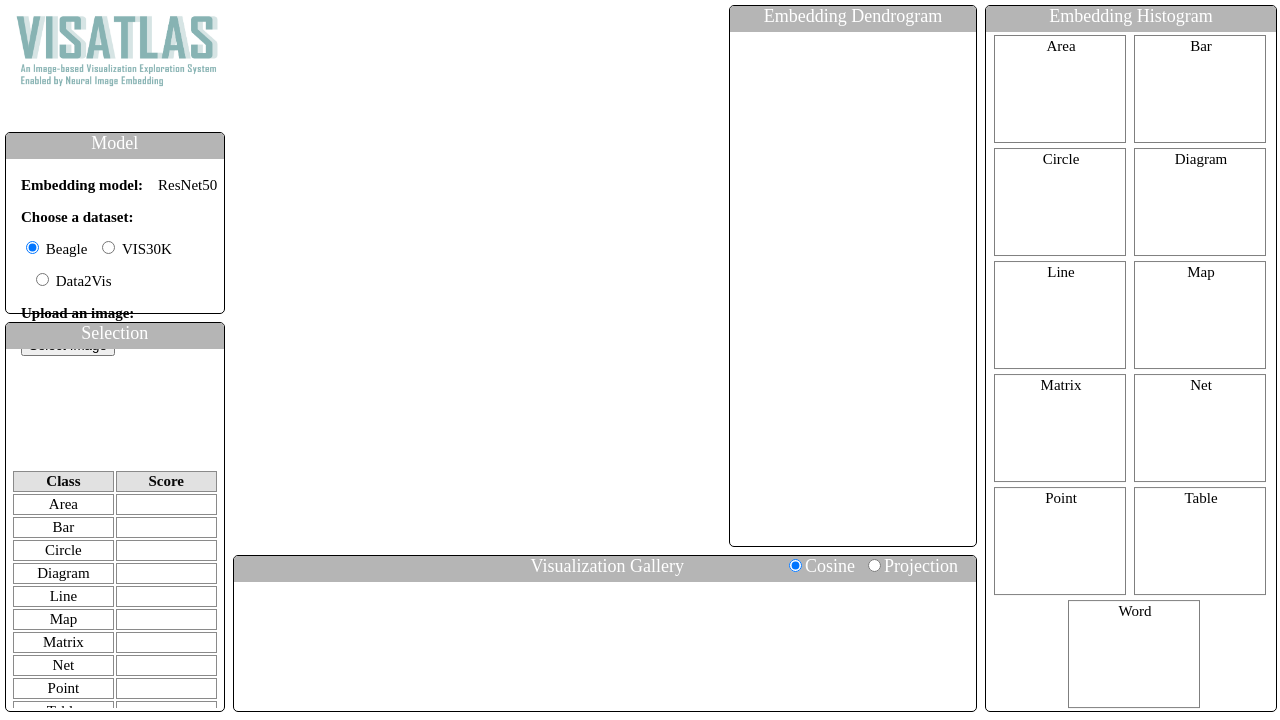
Repository: yilinye/AI_and_human_paintings
Page: / (app in VIS4AI_art/Frontend/)
An editor plug-in stored every save of this project. The page is shown before and after the next save, followed by the edit.
The browser window is 1280 px wide. The pictures show the whole page.
The page's requests for data from a server got no answer. The project was rebuilt for these pictures with package versions that can differ from the ones it lists, and the page was loaded fresh each time. No one was signed in, and anything a server would have sent is missing. Also part of the build but not shown: VIS4AI_art/Frontend/vite.config.js, VIS4AI_art/Frontend/vue.config.js, VIS4AI_art/Frontend/src/components/WelcomeItem.vue, VIS4AI_art/Frontend/src/components/icons/IconDocumentation.vue, VIS4AI_art/Frontend/src/components/icons/IconTooling.vue, VIS4AI_art/Frontend/src/components/icons/IconEcosystem.vue, VIS4AI_art/Frontend/src/components/icons/IconCommunity.vue, VIS4AI_art/Frontend/src/components/icons/IconSupport.vue and 2 more.

Above is the page before, as saved 2022-04-30 22:53:09.

After the next save:
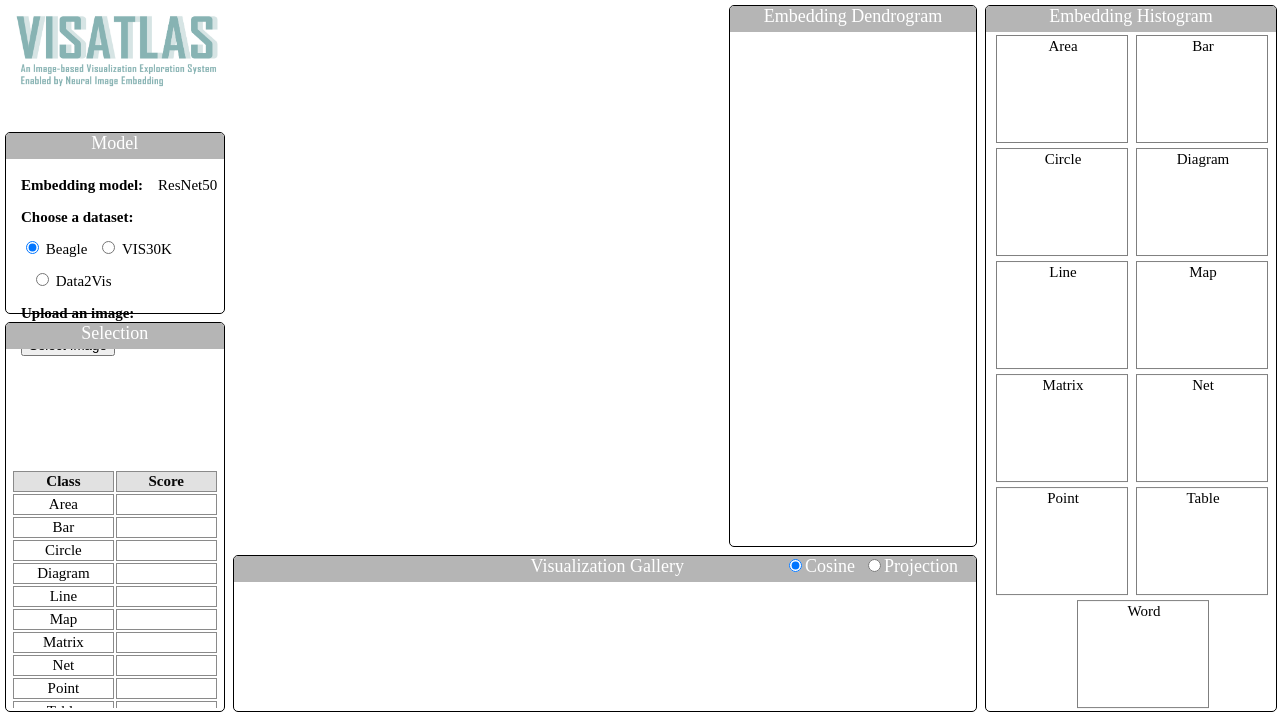
Saved 44 s later.
--- a/VIS4AI_art/Frontend/src/components/histogramView.vue
+++ b/VIS4AI_art/Frontend/src/components/histogramView.vue
@@ -1,6 +1,6 @@
 <!--
  * @Author: Qing Shi
- * @LastEditTime: 2022-04-30 22:52:35
+ * @LastEditTime: 2022-04-30 22:53:53
  * @Knowledge:
  * @Description:
  * @Attention:
@@ -15,7 +15,7 @@
         v-for="(ty, index) in typeName"
         :key="ty"
         :id="'His' + ty"
-        v-bind:style="{ border: 'solid 1px rgba(0, 0, 0, 0.5)', width: wd, height:hs, position: 'absolute', left: '8px', transform: 'translate(' + (index == 10 ? 'calc(50% + 8px)' : index % 2 ? 'calc(100% + 8px)' : '0') + ',' + 'calc(' + ((Math.floor(index / 2)) * 100) + '% + ' + ((Math.floor(index / 2)) * 5) + 'px' + ' + 3px)' + ')' }"
+        v-bind:style="{ border: 'solid 1px rgba(0, 0, 0, 0.5)', width: wd, height:hs, position: 'absolute', left: '10px', transform: 'translate(' + (index == 10 ? 'calc(50% + 15px)' : index % 2 ? 'calc(100% + 8px)' : '0') + ',' + 'calc(' + ((Math.floor(index / 2)) * 100) + '% + ' + ((Math.floor(index / 2)) * 5) + 'px' + ' + 3px)' + ')' }"
       >
 
       </div>
